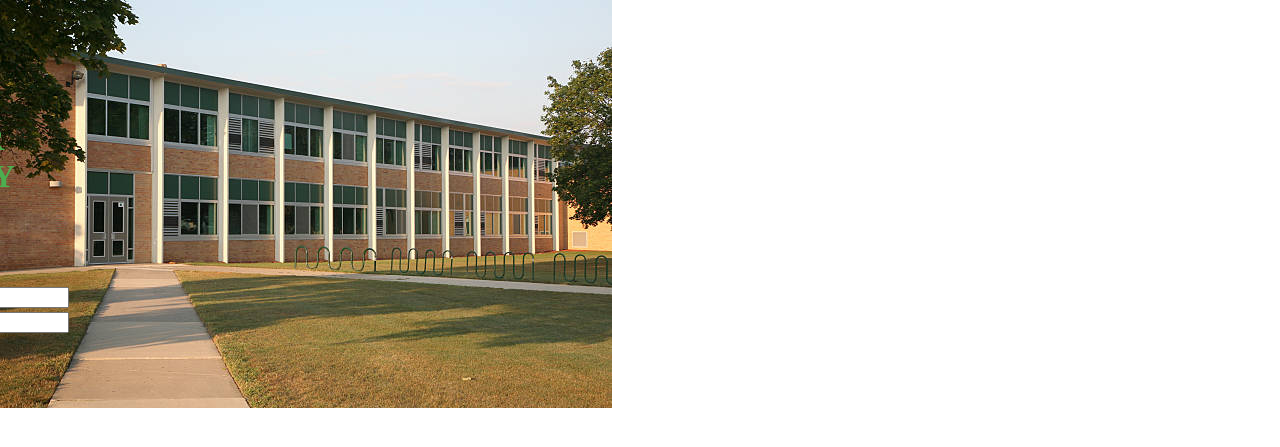
Repository: priyankagit8692/Phase_2_SimpliLearn-
Page: http://localhost/LearnerAcademyProject/AdminLogin.jsp
An editor plug-in stored every save of this project. The page is shown before and after the next save, followed by the edit.
The browser window is 1280 px wide. The pictures show the whole page.
The page is served by Tomcat 9.

Above is the page before, as saved 2021-03-20 16:10:41.

After the next save:
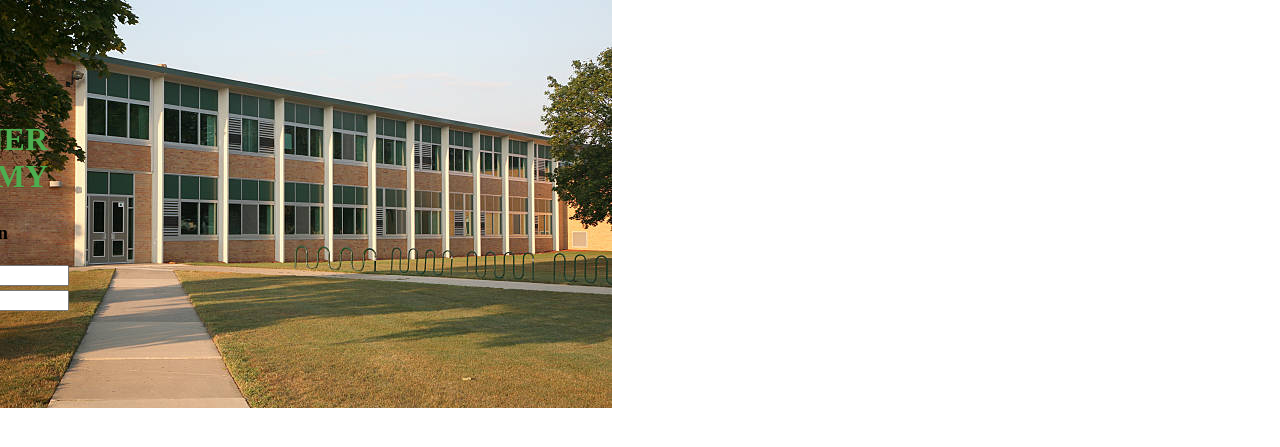
Saved 18 s later.
--- a/FinalProjectPhase2/LearnerAcademyProject/WebContent/AdminLogin.jsp
+++ b/FinalProjectPhase2/LearnerAcademyProject/WebContent/AdminLogin.jsp
@@ -11,8 +11,8 @@ body {
   background-image: url("images/academy.jpg");
   background-repeat: no-repeat;
 
-  width: 100px;
-  height: 100px;
+  width: 200px;
+  height: 200px;
 }
 div {
   transform: translate(-200px,50px);
